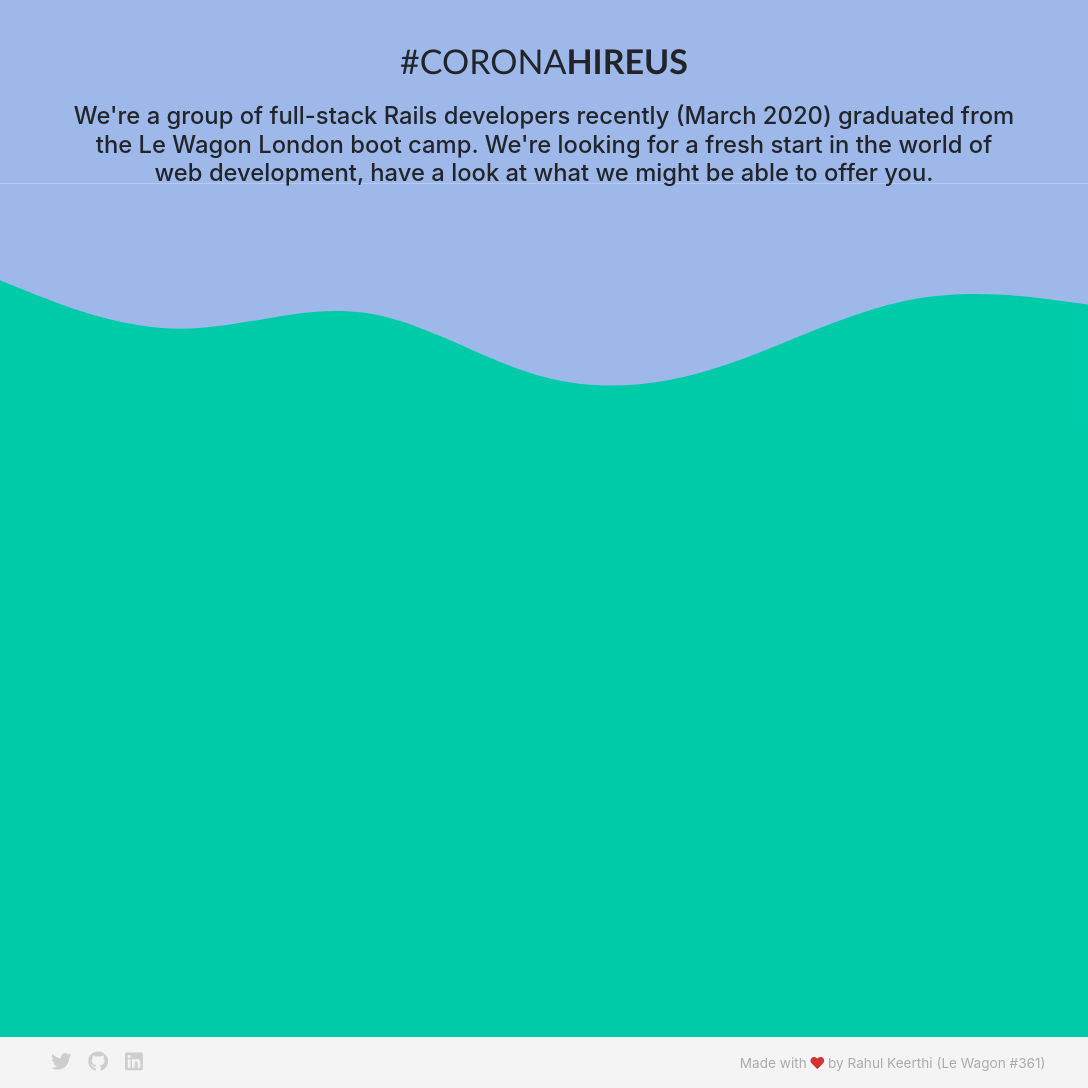
Repository: rahulkeerthi/coronahireus
Page: index.html
These files come from the project's save history. The page is drawn as it stood at one moment and after the next save; the edit follows.
The browser window is 1280 px wide. The pictures show the whole page, at 85% of full size.
Some web libraries are served in a nearby version.

Above is the page before, as saved 2020-03-27 23:09:24.

After the next save:
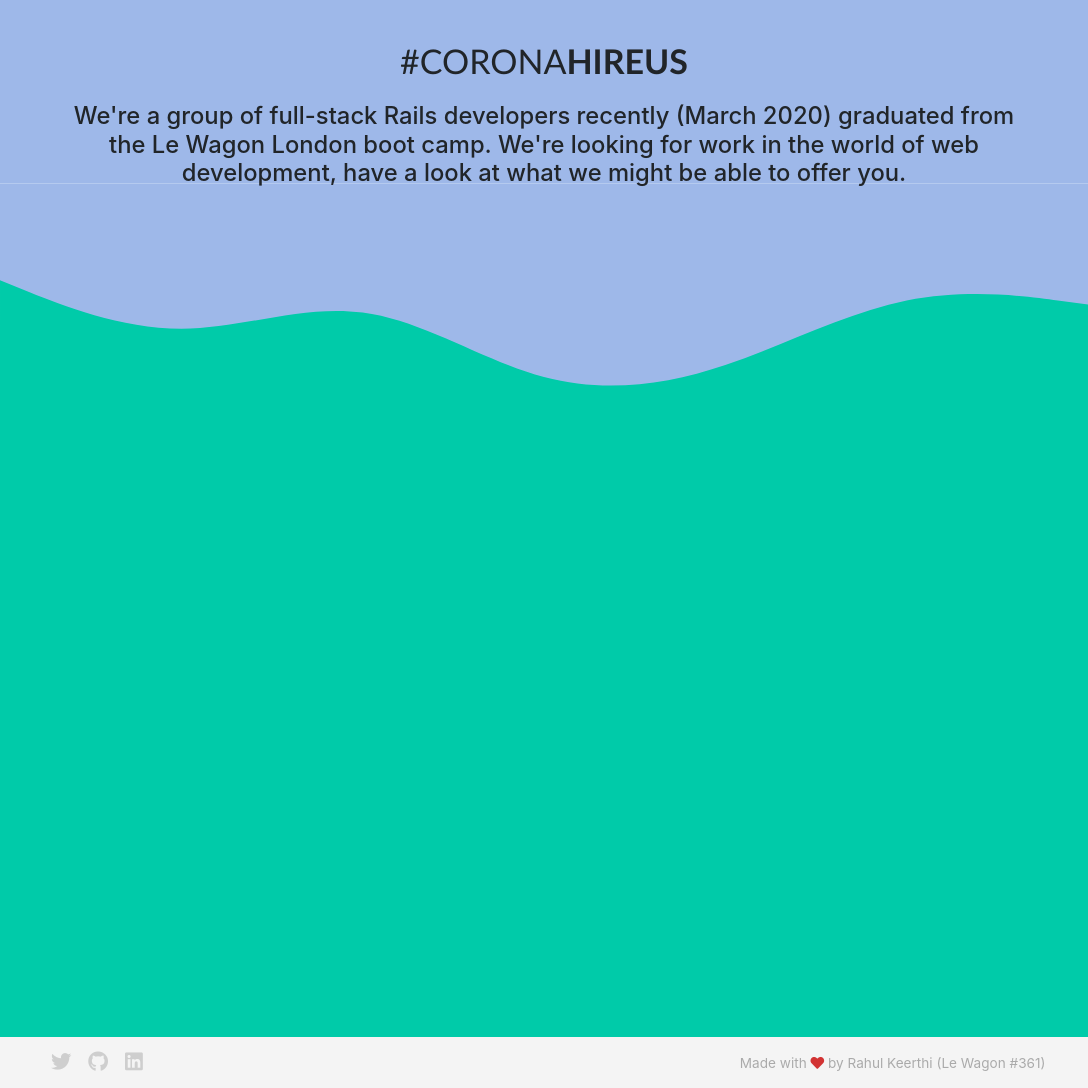
Saved 9 s later.
--- a/index.html
+++ b/index.html
@@ -16,7 +16,7 @@
         <div class="wrapper">
             <div class="sky text-center">
                 <h1 class="pt-5">#CORONA<strong>HIREUS</strong></h1>
-                <h3 class="container py-3">We're a group of full-stack Rails developers recently (March 2020) graduated from the Le Wagon London boot camp. We're looking for a fresh start in the world of web development, have a look at what we might be able to offer you.</h3>
+                <h3 class="container py-3">We're a group of full-stack Rails developers recently (March 2020) graduated from the Le Wagon London boot camp. We're looking for work in the world of web development, have a look at what we might be able to offer you.</h3>
             </div>
             <div class="hills">
                 <svg xmlns="http://www.w3.org/2000/svg" viewBox="0 0 1440 320"><path fill="#00cba9" fill-opacity="1" d="M0,128L40,144C80,160,160,192,240,192C320,192,400,160,480,170.7C560,181,640,235,720,256C800,277,880,267,960,240C1040,213,1120,171,1200,154.7C1280,139,1360,149,1400,154.7L1440,160L1440,320L1400,320C1360,320,1280,320,1200,320C1120,320,1040,320,960,320C880,320,800,320,720,320C640,320,560,320,480,320C400,320,320,320,240,320C160,320,80,320,40,320L0,320Z"></path></svg>
